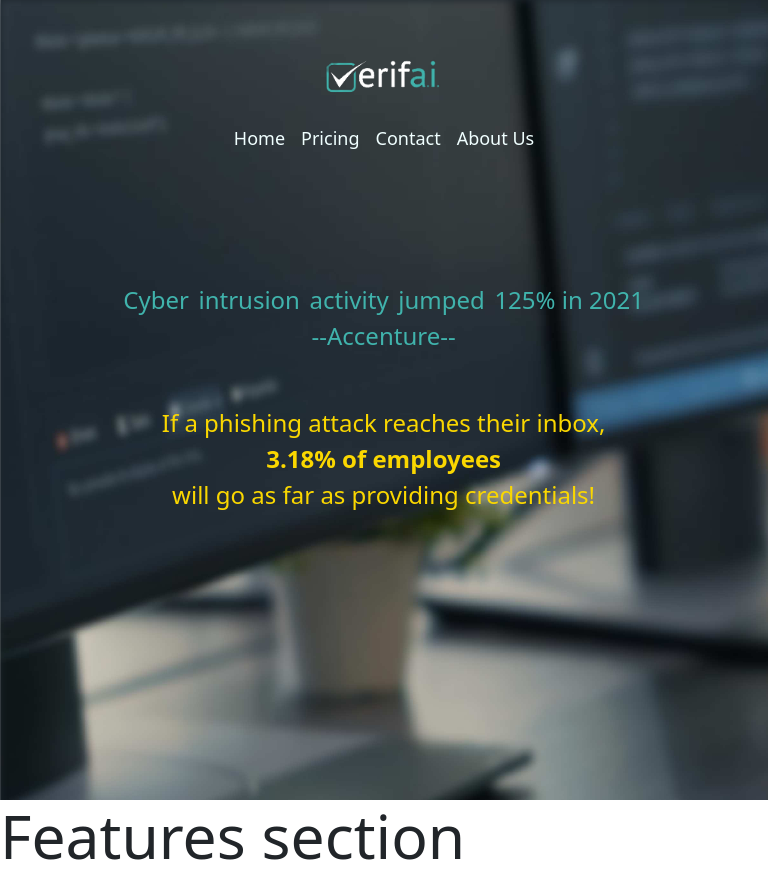
Repository: Ali-VB/verif-website
Page: /
An editor plug-in stored every save of this project. The page is shown before and after the next save, followed by the edit.
The browser window is 768 px wide. The pictures show the whole page.
The project was rebuilt for these pictures with package versions that can differ from the ones it lists, and the page was loaded fresh each time.

Above is the page before, as saved 2022-04-19 09:32:24.

After the next save:
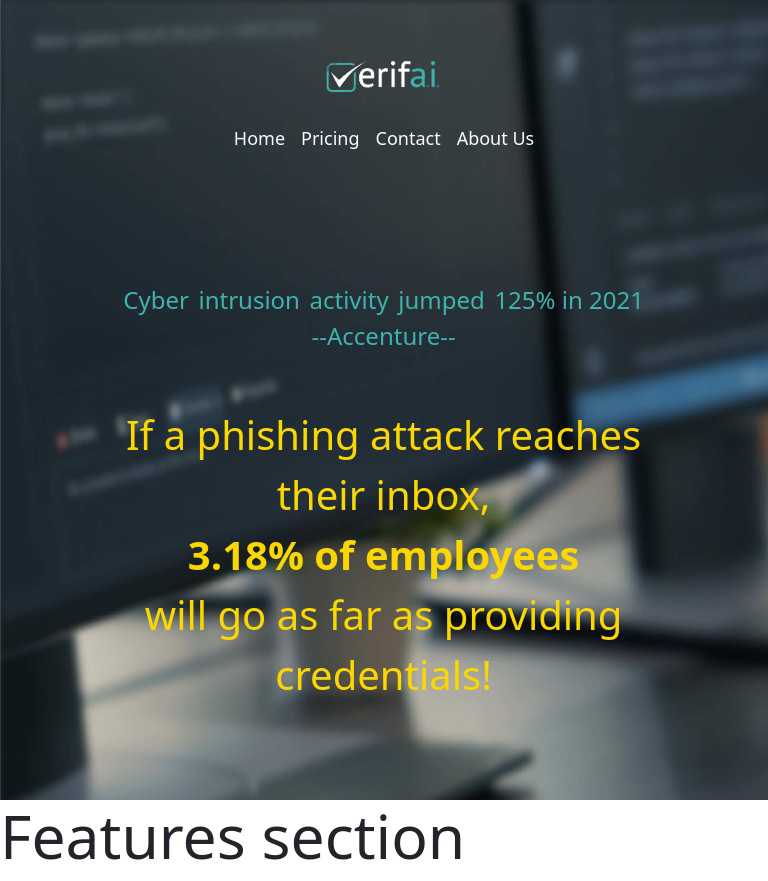
Saved 12 s later.
--- a/src/components/Header/Header.css
+++ b/src/components/Header/Header.css
@@ -109,7 +109,7 @@
     .text-second {
         padding: 0.1rem 0.1rem;
         width: 90%;
-        font-size:1.5rem;
+        font-size:2.5rem;
 
       }
   }
